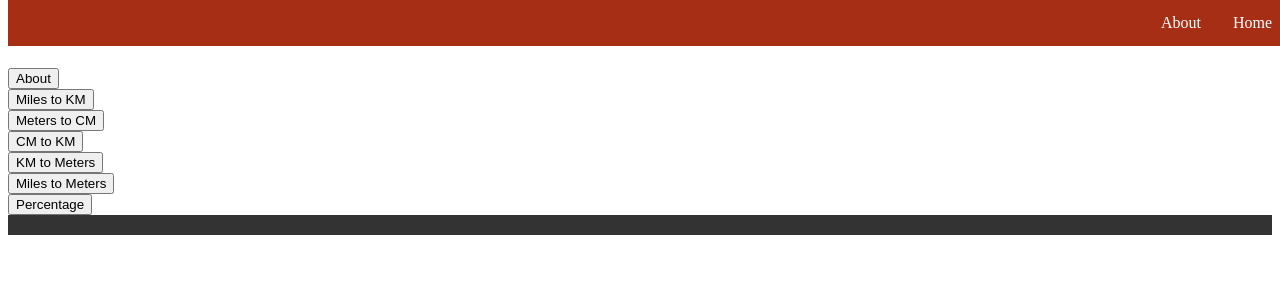
Repository: Kamrangujjar85112/Length-Converter
Page: html/home.html
These files come from the project's save history. The page is drawn as it stood at one moment and after the next save; the edit follows.
The browser window is 1280 px wide. The pictures show the whole page.

Above is the page before, as saved 2022-01-21 02:24:22.

After the next save:
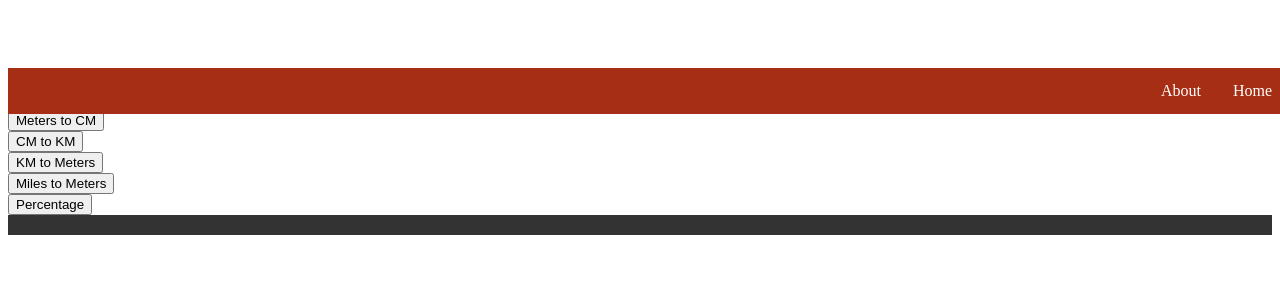
Saved 33 s later.
--- a/css/style.css
+++ b/css/style.css
@@ -3,7 +3,6 @@
     padding-bottom: 40px;
 }
 .header{
-    top: 0;
     width: 100%;
     margin: 0 auto;
     position: fixed;

After the save that followed:
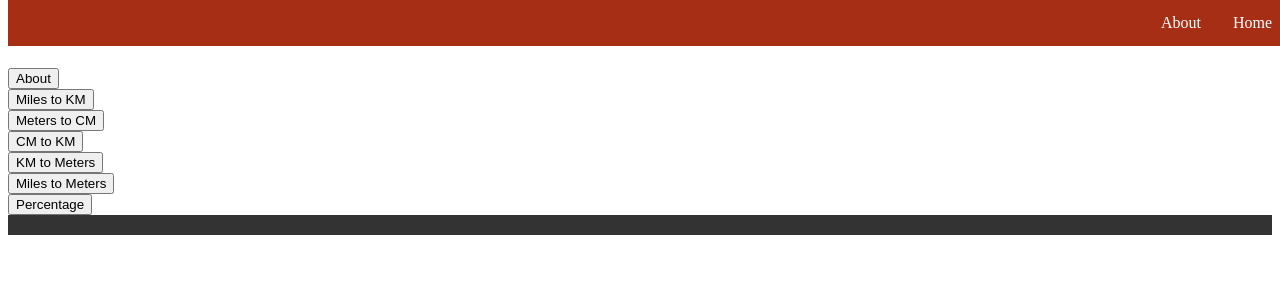
Saved 10 s later.
--- a/css/style.css
+++ b/css/style.css
@@ -3,8 +3,8 @@
     padding-bottom: 40px;
 }
 .header{
+    top: 0;
     width: 100%;
-    margin: 0 auto;
     position: fixed;
 }
 .nav-ul{
